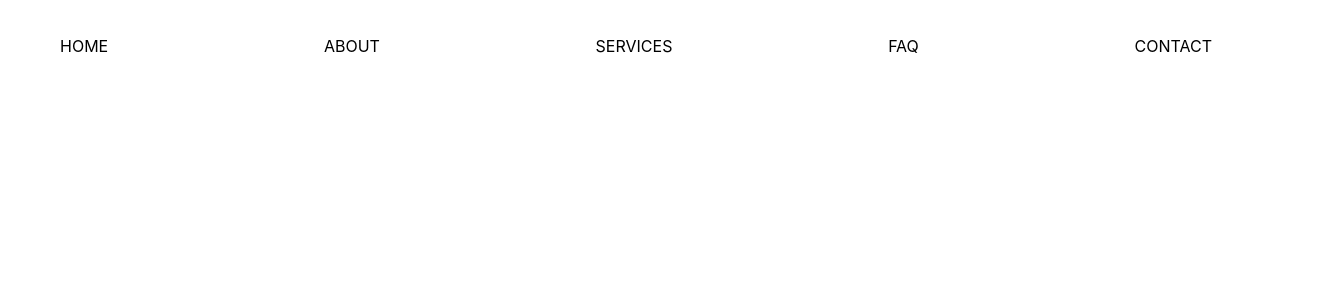
Repository: sriram1224/reactas1.github.io
Page: /
The author's editor kept a copy of each file at every save. The page is drawn from the files as they stood at one save, then again after the next save.
The browser window is 1280 px wide. The page is 1320 px wide, so the pictures cover 1320 px, including what lies to the right of the window. The pictures show the whole page.
The project was rebuilt for these pictures with package versions that can differ from the ones it lists, and the page was loaded fresh each time.

Above is the page before, as saved 2024-03-05 06:46:58.

After the next save:
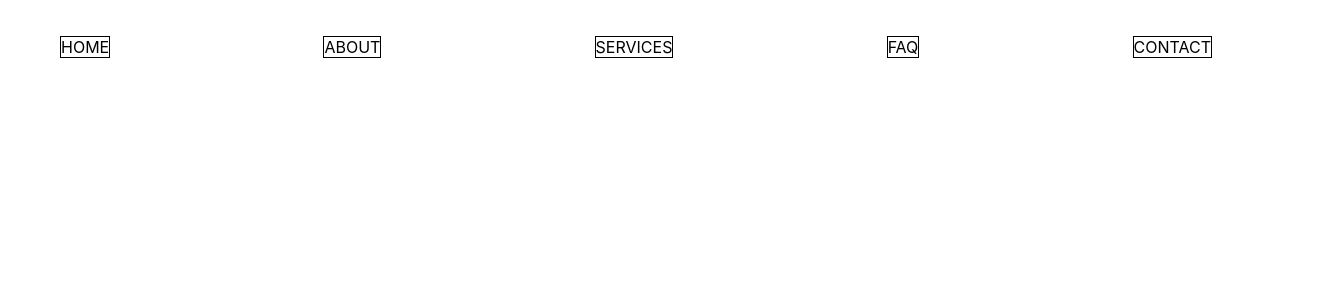
Saved 46 s later.
--- a/src/Components/Nav.css
+++ b/src/Components/Nav.css
@@ -14,5 +14,5 @@
     width: 90%;
 }
 .Nav ul li{
-
+    border: 1px solid #000;
 }
